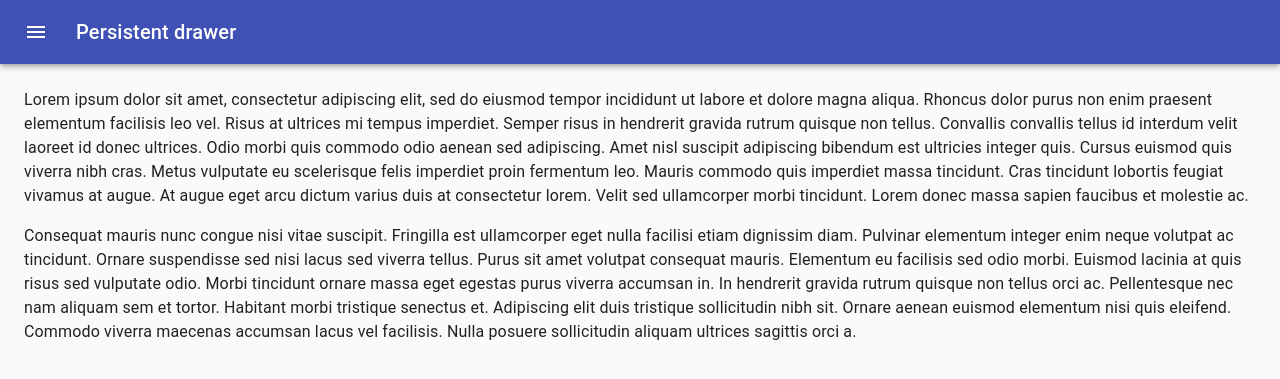
Repository: liaobushi520/react_fake_wechat
Page: /
An editor plug-in stored every save of this project. The page is shown before and after the next save, followed by the edit.
The browser window is 1280 px wide. The pictures show the whole page.
The project was rebuilt for these pictures with package versions that can differ from the ones it lists, and the page was loaded fresh each time.

Above is the page before, as saved 2019-10-29 14:08:28.

### src/index.tsx

import ReactDOM from 'react-dom';
import './index.css';
import App from './App';
import * as serviceWorker from './serviceWorker';
import * as React from 'react';
import PersistentDrawerLeft from './PersistentDrawerLeft';





ReactDOM.render(<PersistentDrawerLeft/> , document.getElementById('root'));

// If you want your app to work offline and load faster, you can change
// unregister() to register() below. Note this comes with some pitfalls.
// Learn more about service workers: https://bit.ly/CRA-PWA
serviceWorker.unregister();

### src/PersistentDrawerLeft.tsx
import React from 'react';
import clsx from 'clsx';
import { makeStyles, useTheme, Theme, createStyles } from '@material-ui/core/styles';
import Drawer from '@material-ui/core/Drawer';
import CssBaseline from '@material-ui/core/CssBaseline';
import AppBar from '@material-ui/core/AppBar';
import Toolbar from '@material-ui/core/Toolbar';
import List from '@material-ui/core/List';
import Typography from '@material-ui/core/Typography';
import Divider from '@material-ui/core/Divider';
import IconButton from '@material-ui/core/IconButton';
import MenuIcon from '@material-ui/icons/Menu';
import ChevronLeftIcon from '@material-ui/icons/ChevronLeft';
import ChevronRightIcon from '@material-ui/icons/ChevronRight';
import ListItem from '@material-ui/core/ListItem';
import ListItemIcon from '@material-ui/core/ListItemIcon';
import ListItemText from '@material-ui/core/ListItemText';
import InboxIcon from '@material-ui/icons/MoveToInbox';
import MailIcon from '@material-ui/icons/Mail';

const drawerWidth = 240;

const useStyles = makeStyles((theme: Theme) =>
    createStyles({
        root: {
            display: 'flex',
        },
        appBar: {
            transition: theme.transitions.create(['margin', 'width'], {
                easing: theme.transitions.easing.sharp,
                duration: theme.transitions.duration.leavingScreen,
            }),
        },
        appBarShift: {
            width: `calc(100% - ${drawerWidth}px)`,
            marginLeft: drawerWidth,
            transition: theme.transitions.create(['margin', 'width'], {
                easing: theme.transitions.easing.easeOut,
                duration: theme.transitions.duration.enteringScreen,
            }),
        },
        menuButton: {
            marginRight: theme.spacing(2),
        },
        hide: {
            display: 'none',
        },
        drawer: {
            width: drawerWidth,
            flexShrink: 0,
        },
        drawerPaper: {
            width: drawerWidth,
        },
        drawerHeader: {
            display: 'flex',
            alignItems: 'center',
            padding: theme.spacing(0, 1),
            ...theme.mixins.toolbar,
            justifyContent: 'flex-end',
        },
        content: {
            flexGrow: 1,
            padding: theme.spacing(3),
            transition: theme.transitions.create('margin', {
                easing: theme.transitions.easing.sharp,
                duration: theme.transitions.duration.leavingScreen,
            }),
            marginLeft: -drawerWidth,
        },
        contentShift: {
            transition: theme.transitions.create('margin', {
                easing: theme.transitions.easing.easeOut,
                duration: theme.transitions.duration.enteringScreen,
            }),
            marginLeft: 0,
        },
    }),
);


export default function PersistentDrawerLeft() {
    const classes = useStyles();
    const theme = useTheme();
    const [open, setOpen] = React.useState(false);

    const handleDrawerOpen = () => {
        setOpen(true);
    };

    const handleDrawerClose = () => {
        setOpen(false);
    };

    return (
        <div className={classes.root}>
            <CssBaseline />
            <AppBar
                position="fixed"
                className={clsx(classes.appBar, {
                    [classes.appBarShift]: open,
                })}
            >
                <Toolbar>
                    <IconButton
                        color="inherit"
                        aria-label="open drawer"
                        onClick={handleDrawerOpen}
                        edge="start"
                        className={clsx(classes.menuButton, open && classes.hide)}
                    >
                        <MenuIcon />
                    </IconButton>
                    <Typography variant="h6" noWrap>
                        Persistent drawer
                </Typography>
                </Toolbar>
            </AppBar>
            <Drawer
                className={classes.drawer}
                variant="persistent"
                anchor="left"
                open={open}
                classes={{
                    paper: classes.drawerPaper,
                }}
            >
                <div className={classes.drawerHeader}>
                    <IconButton onClick={handleDrawerClose}>
                        {theme.direction === 'ltr' ? <ChevronLeftIcon /> : <ChevronRightIcon />}
                    </IconButton>
                </div>
                <Divider />
                <List>
                    {['Inbox', 'Starred', 'Send email', 'Drafts'].map((text, index) => (
                        <ListItem button key={text}>
                            <ListItemIcon>{index % 2 === 0 ? <InboxIcon /> : <MailIcon />}</ListItemIcon>
                            <ListItemText primary={text} />
                        </ListItem>
                    ))}
                </List>
                <Divider />
                <List>
                    {['All mail', 'Trash', 'Spam'].map((text, index) => (
                        <ListItem button key={text}>
                            <ListItemIcon>{index % 2 === 0 ? <InboxIcon /> : <MailIcon />}</ListItemIcon>
                            <ListItemText primary={text} />
                        </ListItem>
                    ))}
                </List>
            </Drawer>
            <main
                className={clsx(classes.content, {
                    [classes.contentShift]: open,
                })}
            >
                <div className={classes.drawerHeader} />
                <Typography paragraph>
                    Lorem ipsum dolor sit amet, consectetur adipiscing elit, sed do eiusmod tempor incididunt
                    ut labore et dolore magna aliqua. Rhoncus dolor purus non enim praesent elementum
                    facilisis leo vel. Risus at ultrices mi tempus imperdiet. Semper risus in hendrerit
                    gravida rutrum quisque non tellus. Convallis convallis tellus id interdum velit laoreet id
                    donec ultrices. Odio morbi quis commodo odio aenean sed adipiscing. Amet nisl suscipit
                    adipiscing bibendum est ultricies integer quis. Cursus euismod quis viverra nibh cras.
                    Metus vulputate eu scelerisque felis imperdiet proin fermentum leo. Mauris commodo quis
                    imperdiet massa tincidunt. Cras tincidunt lobortis feugiat vivamus at augue. At augue eget
                    arcu dictum varius duis at consectetur lorem. Velit sed ullamcorper morbi tincidunt. Lorem
                    donec massa sapien faucibus et molestie ac.
              </Typography>
                <Typography paragraph>
                    Consequat mauris nunc congue nisi vitae suscipit. Fringilla est ullamcorper eget nulla
                    facilisi etiam dignissim diam. Pulvinar elementum integer enim neque volutpat ac
                    tincidunt. Ornare suspendisse sed nisi lacus sed viverra tellus. Purus sit amet volutpat
                    consequat mauris. Elementum eu facilisis sed odio morbi. Euismod lacinia at quis risus sed
                    vulputate odio. Morbi tincidunt ornare massa eget egestas purus viverra accumsan in. In
                    hendrerit gravida rutrum quisque non tellus orci ac. Pellentesque nec nam aliquam sem et
                    tortor. Habitant morbi tristique senectus et. Adipiscing elit duis tristique sollicitudin
                    nibh sit. Ornare aenean euismod elementum nisi quis eleifend. Commodo viverra maecenas
                    accumsan lacus vel facilisis. Nulla posuere sollicitudin aliquam ultrices sagittis orci a.
              </Typography>
            </main>
        </div>
    );
}

Loaded but not shown: public/index.html (common file); src/index.css (common file); src/serviceWorker.ts (common file)

After the next save:
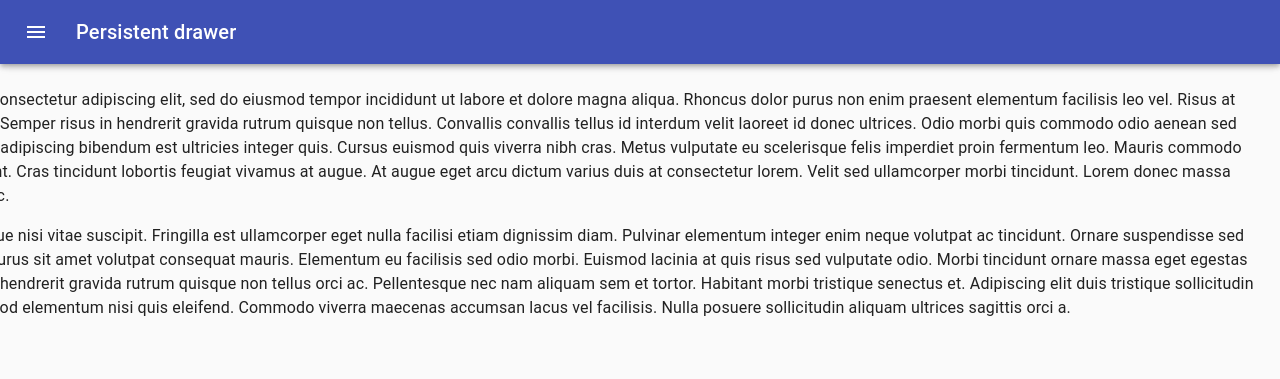
Saved 3 h 36 min later.
--- a/src/PersistentDrawerLeft.tsx
+++ b/src/PersistentDrawerLeft.tsx
@@ -47,7 +47,7 @@
         },
         drawer: {
             width: drawerWidth,
-            flexShrink: 0,
+            flexShrink: 2,
         },
         drawerPaper: {
             width: drawerWidth,
@@ -83,6 +83,7 @@
     const classes = useStyles();
     const theme = useTheme();
     const [open, setOpen] = React.useState(false);
+
 
     const handleDrawerOpen = () => {
         setOpen(true);

After the save that followed:
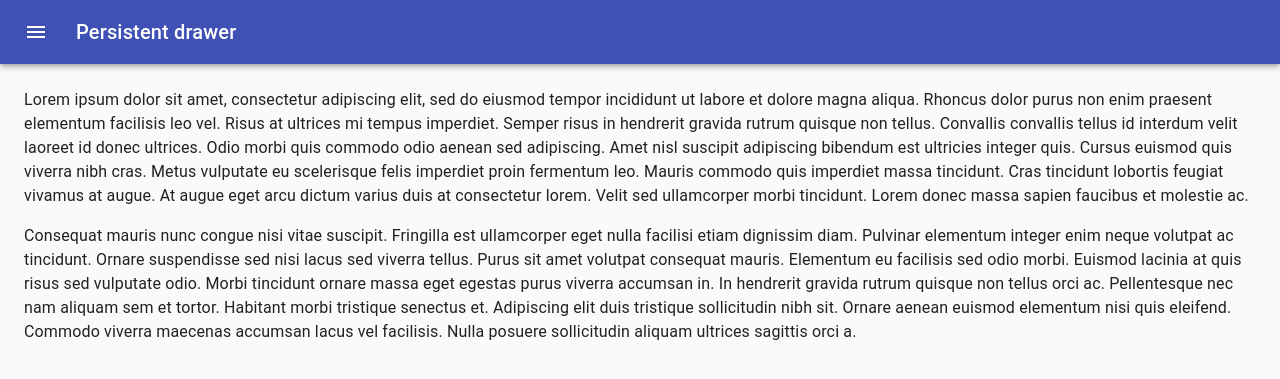
Saved 61 s later.
--- a/src/PersistentDrawerLeft.tsx
+++ b/src/PersistentDrawerLeft.tsx
@@ -47,10 +47,10 @@
         },
         drawer: {
             width: drawerWidth,
-            flexShrink: 2,
+            flexShrink: 0,
         },
         drawerPaper: {
-            width: drawerWidth,
+            width: drawerWidth-200,
         },
         drawerHeader: {
             display: 'flex',
